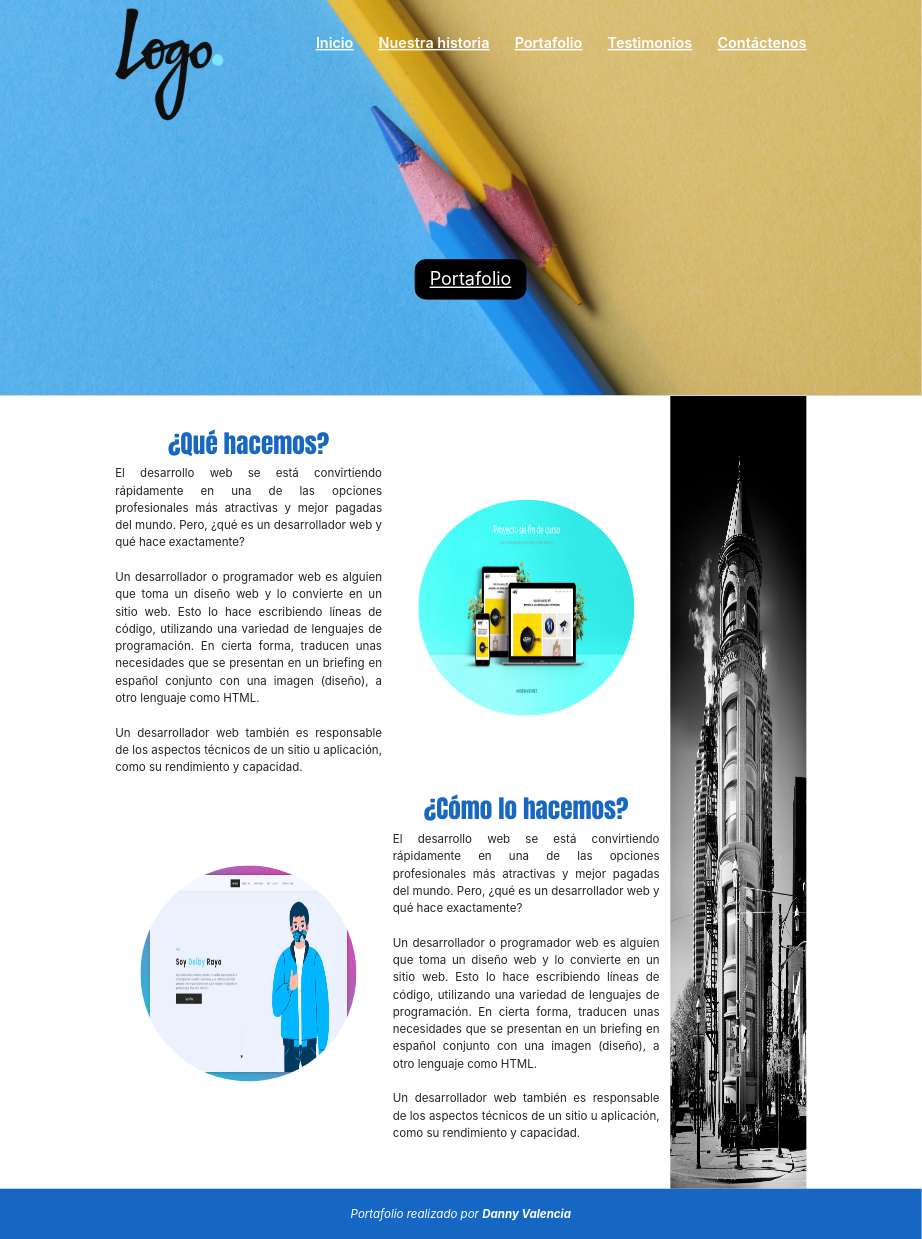
Repository: Dannyval1/Html-portafolio
Page: index.html
An editor plug-in stored every save of this project. The page is shown before and after the next save, followed by the edit.
The browser window is 1280 px wide. The pictures show the whole page, at 72% of full size.

Above is the page before, as saved 2022-02-13 17:59:25.

After the next save:
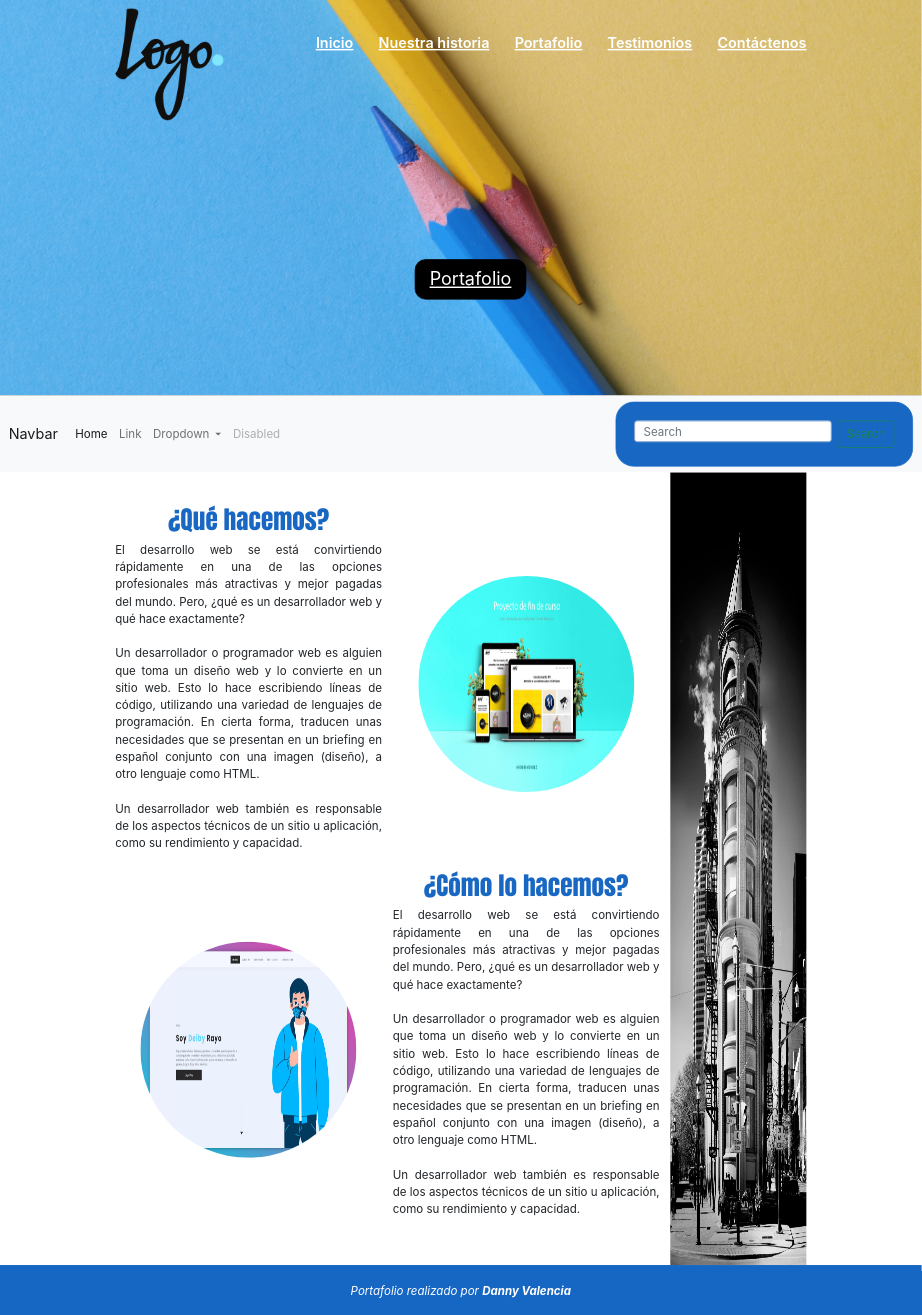
Saved 2 min 54 s later.
--- a/index.html
+++ b/index.html
@@ -51,6 +51,42 @@
         <a href="portafolio.html" class="btn-portfolio">Portafolio</a>
       </div>
     </header>
+    <nav class="navbar navbar-expand-lg navbar-light bg-light">
+      <div class="container-fluid">
+        <a class="navbar-brand" href="#">Navbar</a>
+        <button class="navbar-toggler" type="button" data-bs-toggle="collapse" data-bs-target="#navbarSupportedContent" aria-controls="navbarSupportedContent" aria-expanded="false" aria-label="Toggle navigation">
+          <span class="navbar-toggler-icon"></span>
+        </button>
+        <div class="collapse navbar-collapse" id="navbarSupportedContent">
+          <ul class="navbar-nav me-auto mb-2 mb-lg-0">
+            <li class="nav-item">
+              <a class="nav-link active" aria-current="page" href="#">Home</a>
+            </li>
+            <li class="nav-item">
+              <a class="nav-link" href="#">Link</a>
+            </li>
+            <li class="nav-item dropdown">
+              <a class="nav-link dropdown-toggle" href="#" id="navbarDropdown" role="button" data-bs-toggle="dropdown" aria-expanded="false">
+                Dropdown
+              </a>
+              <ul class="dropdown-menu" aria-labelledby="navbarDropdown">
+                <li><a class="dropdown-item" href="#">Action</a></li>
+                <li><a class="dropdown-item" href="#">Another action</a></li>
+                <li><hr class="dropdown-divider"></li>
+                <li><a class="dropdown-item" href="#">Something else here</a></li>
+              </ul>
+            </li>
+            <li class="nav-item">
+              <a class="nav-link disabled">Disabled</a>
+            </li>
+          </ul>
+          <form class="d-flex">
+            <input class="form-control me-2" type="search" placeholder="Search" aria-label="Search">
+            <button class="btn btn-outline-success" type="submit">Search</button>
+          </form>
+        </div>
+      </div>
+    </nav>
     <div class="center full-content">
       <section id="contenido">
         <div class="first-content">
